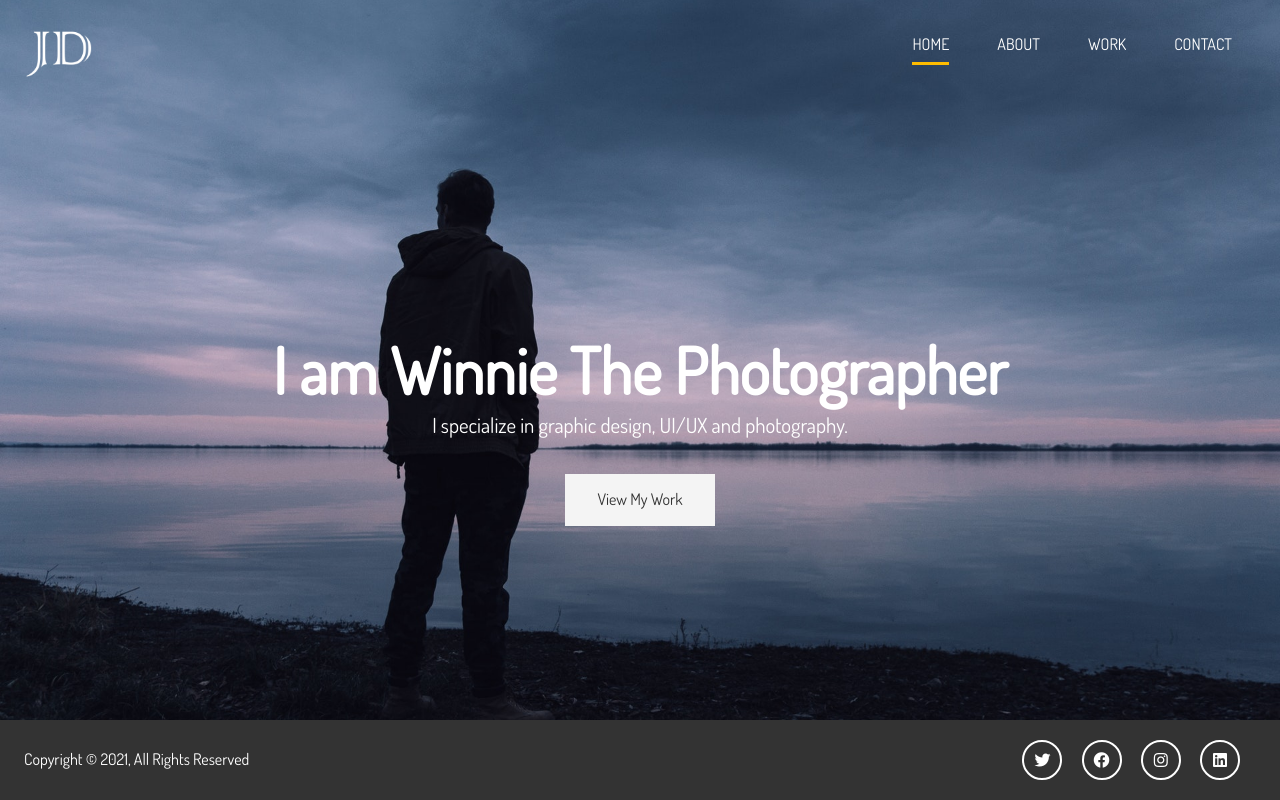
Repository: minhtien9/Portfolio_Website
Page: diet/about.html
The author's editor kept a copy of each file at every save. The page is drawn from the files as they stood at one save, then again after the next save.
The browser window is 1280 px wide. The pictures show the whole page.

Above is the page before, as saved 2021-08-29 10:26:52.

### diet/about.html
<!DOCTYPE html>
<html lang="en">
  <head>
    <meta charset="UTF-8" />
    <meta http-equiv="X-UA-Compatible" content="IE=edge" />
    <meta name="viewport" content="width=device-width, initial-scale=1.0" />
    <link
      rel="stylesheet"
      href="https://cdnjs.cloudflare.com/ajax/libs/font-awesome/5.15.4/css/all.min.css"
      integrity="sha512-1ycn6IcaQQ40/MKBW2W4Rhis/DbILU74C1vSrLJxCq57o941Ym01SwNsOMqvEBFlcgUa6xLiPY/NS5R+E6ztJQ=="
      crossorigin="anonymous"
      referrerpolicy="no-referrer"
    />
    <link
      href="https://fonts.googleapis.com/css2?family=Dosis&display=swap"
      rel="stylesheet"
    />
    <link rel="stylesheet" href="css/style.css" />
    <title>About Me || UI/UX Designer & Photographer</title>
  </head>
  <body>
    <!-- Header -->
    <header id="header-home">
      <div class="container">
        <nav id="main-nav">
          <img src="img/logo.png" alt="My Portfolio" id="logo" />
          <ul>
            <li><a href="index.html" class="current">Home</a></li>
            <li><a href="about.html">About</a></li>
            <li><a href="work.html">Work</a></li>
            <li><a href="contact.html">Contact</a></li>
          </ul>
        </nav>
        <div class="header-content">
          <h1>
            I am Winnie The Photographer
            <span
              class="txt-type"
              data-wait="3000"
              data-works='["Photographer","Designer","IU/IX Dev"]'
            ></span>
          </h1>
          <p class="lead">
            I specialize in graphic design, UI/UX and photography.
          </p>
          <a href="work.html" class="btn-light">View My Work</a>
        </div>
      </div>
    </header>

    <!-- Footer -->
    <footer id="main-footer">
      <div class="footer-content container">
        <p>Copyright &copy; 2021, All Rights Reserved</p>
        <div class="social">
          <i class="fab fa-twitter"></i>
          <i class="fab fa-facebook"></i>
          <i class="fab fa-instagram"></i>
          <i class="fab fa-linkedin"></i>
        </div>
      </div>
    </footer>

    <!-- <script src="js/typewriter.js"></script> -->
  </body>
</html>

### diet/css/style.css
.container {
  max-width: 1280px;
  padding: 0 1.5rem;
  margin: auto;
  overflow: hidden;
}

.btn-dark, .btn-light, .btn-main {
  display: inline-block;
  padding: 0.8rem 2rem;
  transition: all 0.5s;
  border: none;
  cursor: pointer;
}

.btn-main {
  color: #333;
  background-color: #ffbc00;
}
.btn-light {
  color: #333;
  background-color: #f4f4f4;
}
.btn-dark {
  color: #f4f4f4;
  background-color: #333;
}

button[class^=btn-]:hover,
a[class^=btn-]:hover,
input[class^=btn-]:hover {
  background-color: #ffbc00;
}

.bg-main {
  background: #ffbc00;
  color: #fff;
}
.bg-dark {
  background: #333;
  color: #fff;
}
.bg-light {
  background: #f4f4f4;
  color: #000;
}
.bg-medium {
  background: #ccc;
  color: #000;
}

.lead {
  font-size: 1.3rem;
  margin-bottom: 2rem;
}

.text-center {
  text-align: center;
}

.py-1 {
  padding: 1rem 0;
}
.py-2 {
  padding: 2rem 0;
}
.py-3 {
  padding: 3rem 0;
}
.py-4 {
  padding: 4rem 0;
}

.ny-1 {
  margin: 1rem 0;
}
.ny-2 {
  margin: 2rem 0;
}
.ny-3 {
  margin: 3rem 0;
}
.ny-4 {
  margin: 4rem 0;
}

.section-title {
  font-size: 2rem;
  display: block;
  padding-bottom: 0.5rem;
  text-align: center;
  font-weight: 100;
  text-transform: uppercase;
}

.bottom-line {
  height: 2px;
  width: 3rem;
  background: #ffbc00;
  display: block;
  margin: 0 auto 1rem auto;
}

.items {
  display: grid;
  grid-template-columns: repeat(3, 1fr);
  box-shadow: 0 5px 10px 0 rgba(0, 0, 0, 0.3);
}

.item {
  position: relative;
  background: #ffbc00;
  overflow: hidden;
}
.item:after {
  content: "";
  position: absolute;
  display: block;
  background: inherit;
  opacity: 0.9;
  top: 0;
  left: 0;
  width: 100%;
  height: 100%;
  transform: scale(2) translateX(-75%) translateY(-75%) rotate(-28deg);
  transition: transform 3s cubic-bezier(0.2, 1, 0.3, 1);
}
.item:hover:after {
  transform: scale(2) translateX(0) translateY(0) rotate(-28deg);
}
.item:hover .item-image {
  transform: scale(1.2);
}
.item:hover .item-text {
  opacity: 1;
  transform: translateY(0);
}
.item-image {
  height: auto;
  transform: translateZ(0);
  display: block;
  transition: transform 750ms cubic-bezier(0.2, 1, 0.3, 1);
}
.item-image:before {
  content: "";
  display: block;
  padding-top: 75%;
  overflow: hidden;
}
.item-image img {
  position: absolute;
  top: 0;
  left: 0;
  width: 100%;
  height: auto;
  line-height: 0;
}
.item-text {
  position: absolute;
  top: 0;
  left: 0;
  bottom: 0;
  right: 0;
  opacity: 0;
  text-align: center;
  z-index: 1;
  color: #fff;
  transform: translateY(-20%);
  transition: opacity 500ms cubic-bezier(0.2, 1, 0.3, 1), transform 500ms cubic-bezier(0.2, 1, 0.3, 1);
  transition-delay: 300ms;
}
.item-text-wrap {
  position: absolute;
  width: 100%;
  top: 50%;
  transform: translateY(-50%);
}
.item-text-title {
  font-size: 2rem;
  padding: 0 1rem;
  margin: 5px 0 0 0;
}
.item-text-category {
  text-transform: uppercase;
  font-size: 1.2rem;
  opacity: 0.7;
  margin: 0;
}

* {
  margin: 0;
  padding: 0;
}

body {
  font-family: "Dosis", sans-serif;
  line-height: 1.6;
  background: #fff;
}

a {
  text-decoration: none;
  color: #333;
}

ul {
  list-style: none;
}

h2,
h3,
h4 {
  text-transform: uppercase;
}

img {
  width: 100%;
}

#logo {
  width: 70px;
  height: 70px;
  color: #fff;
  text-transform: uppercase;
}

#main-nav {
  display: flex;
  justify-content: space-between;
  padding-top: 1rem;
}
#main-nav ul {
  display: flex;
}
#main-nav li {
  padding: 1rem 1.5rem;
}
#main-nav a {
  text-decoration: none;
  color: #fff;
  text-transform: uppercase;
  border-bottom: 3px transparent solid;
  padding-bottom: 0.5rem;
  transition: border-color 0.5s;
}
#main-nav a:hover {
  border-color: #ccc;
}
#main-nav a.current {
  border-color: #ffbc00;
}

#header-home {
  background: url("../img/showcase.jpg") no-repeat center right/cover;
  height: 100vh;
  color: #fff;
}
#header-home .header-content {
  text-align: center;
  padding-top: 20%;
}
#header-home .header-content h1 {
  font-size: 4rem;
  line-height: 1.2;
}
#header-inner {
  background: url("../img/showcase.jpg") no-repeat 20% 30%/cover;
  height: 5.5rem;
  border-bottom: 3px solid #ffbc00;
}

#home-a .specials {
  margin-top: 3rem;
  display: grid;
  grid-gap: 1rem;
  grid-template-columns: repeat(4, 1fr);
}
#home-a .specials .fas {
  color: #ffbc00;
  padding-bottom: 0.4rem;
}
#home-b .stats {
  display: grid;
  grid-template-columns: repeat(4, 1fr);
}
#home-b .stats li {
  line-height: 2;
}
#home-b .stats li.stats-title {
  font-size: 1.5rem;
}
#home-b .stats li.stats-number {
  font-size: 2rem;
  font-weight: bold;
}
#home-b .stats div {
  padding: 3rem 0;
}
#home-b .stats div:nth-child(odd) {
  background: #f4f4f4;
}
#home-b .stats div:nth-child(even) {
  background: #ccc;
}
#home-c .process {
  display: grid;
  grid-template-columns: repeat(4, 1fr);
  grid-gap: 1.5rem;
  text-align: center;
}
#home-c .process-step {
  position: absolute;
  top: 0;
  right: 0;
  font-size: 28px;
  background: #ffbc00;
  color: #fff;
  border-radius: 50%;
  height: 15px;
  width: 15px;
  line-height: 15px;
  padding: 1rem;
  transition: all 1s;
}
#home-c .process-icon {
  border-radius: 50%;
  background: #333;
  color: #fff;
  padding: 2rem;
  width: 70px;
  height: 70px;
  line-height: 70px;
  text-align: center;
  position: relative;
  transition: all 1s;
}
#home-c .process-icon:hover {
  background: #ffbc00;
  width: 90px;
  height: 90px;
  line-height: 90px;
}
#home-c .process-icon:hover .process-step {
  background: #333;
  color: #fff;
}

#about-a .about-info {
  display: grid;
  grid-template-areas: "bioimage bio bio" "aw1 aw2 aw3";
  grid-gap: 1.2rem;
}
#about-a .bio-image {
  grid-area: bioimage;
}
#about-a .bio {
  grid-area: bio;
  border-left: 3px solid #ffbc00;
  padding: 0.8rem;
}
#about-a .award-1 {
  grid-area: aw1;
}
#about-a .award-2 {
  grid-area: aw2;
}
#about-a .award-3 {
  grid-area: aw3;
}
#about-a .award-1 .fas,
#about-a .award-2 .fas,
#about-a .award-3 .fas {
  color: #ffbc00;
  margin: 1rem;
}
#about-b .progress {
  overflow: hidden;
  height: 20px;
  background: #ccc;
  border-radius: 5px;
  margin-bottom: 0.6rem;
}
#about-b .progress div {
  height: 100%;
  color: #fff;
  text-align: center;
  background: #ffbc00;
}
#about-c .about-logos {
  display: grid;
  grid-template-columns: repeat(4, 1fr);
  grid-gap: 2rem;
}
#about-c .about-logos img {
  width: 70%;
}
#about-d .testimonials {
  display: grid;
  grid-template-columns: repeat(4, 1fr);
  grid-gap: 0.5rem;
}
#about-d .testimonials ul {
  list-style: none;
  margin-top: 1rem;
  display: flex;
  align-items: center;
}
#about-d .testimonials p {
  border: 1px solid #ccc;
  border-radius: 5px;
  padding: 0.5rem;
}
#about-d .testimonials img {
  width: 50px;
  height: 50px;
  border-radius: 50%;
  margin-right: 0.5rem;
}

#contact-a .text-fields {
  display: grid;
  grid-template-areas: "name email" "subject phone" "message message";
  grid-gap: 1.2rem;
  margin-bottom: 1.2rem;
}
#contact-a .text-fields .name-input {
  grid-area: name;
}
#contact-a .text-fields .subject-input {
  grid-area: subject;
}
#contact-a .text-fields .email-input {
  grid-area: email;
}
#contact-a .text-fields .phone-input {
  grid-area: phone;
}
#contact-a .text-fields .message-input {
  grid-area: message;
  height: 100px;
}
#contact-a .text-fields .text-input {
  padding: 0.5rem 1rem;
}
#contact-a button[type=submit] {
  width: 50%;
}
#contact-b .contact-info {
  display: grid;
  grid-template-columns: repeat(3, 1fr);
  text-align: center;
}
#contact-c h1 {
  text-align: center;
  font-size: 4rem;
}

#main-footer {
  background: #333;
  color: #fff;
  height: 5rem;
}
#main-footer .footer-content {
  display: flex;
  justify-content: space-between;
  height: 5rem;
  align-items: center;
}
#main-footer .footer-content .social .fab {
  margin-right: 1rem;
  border: 2px solid #fff;
  border-radius: 50%;
  height: 20px;
  width: 20px;
  line-height: 20px;
  text-align: center;
  padding: 0.5rem;
}
#main-footer .footer-content .social .fab:hover {
  background: #ffbc00;
  cursor: pointer;
}

@media (max-width: 800px) {
  #header-home {
    height: 30rem;
  }
  #header-home .header-content {
    padding-top: 5rem;
  }
}
@media (max-width: 500px) {
  #main-nav {
    flex-direction: column;
    align-items: center;
  }
  #main-nav li {
    padding: 1rem;
  }

  #header-home {
    height: 10rem;
    border-bottom: 3px solid #ffbc00;
    background-position: 20% 30%;
  }
  #header-home .header-content {
    display: none;
  }
  #header-inner {
    height: 10rem;
  }

  #home-a .specials,
#home-b .stats,
#home-c .process,
#about-d .testimonials,
#contact-b .contact-info,
.items {
    grid-template-columns: 1fr;
  }

  #home-a .specials div {
    border-bottom: 1px #f4f4f4 solid;
    padding-bottom: 1rem;
  }
  #home-a .specials div:last-child {
    border: none;
    padding-bottom: 0;
  }
  #home-b .stats div {
    padding: 2rem 0 1rem 0;
  }

  #about-a .about-info {
    grid-template-areas: "bioimage" "bio" "aw1" "aw2" "aw3";
  }
  #about-c {
    display: none;
  }

  #contact-a .text-fields {
    grid-template-areas: "name" "subject" "email" "phone" "message";
  }
  #contact-b div {
    margin-bottom: 1rem;
    padding-bottom: 1rem;
    border-bottom: 1px solid #555;
  }
  #contact-b div:last-child {
    border: none;
    margin-bottom: 0;
    padding-bottom: 0;
  }
  #contact-c h1 {
    font-size: 2rem;
  }

  #main-footer {
    height: 7rem;
  }
  #main-footer .footer-content {
    flex-direction: column;
    padding: 1rem;
    height: 5rem;
  }
}
@media (max-height: 580px) {
  #header-home .header-content {
    padding-top: 3rem;
  }
}
@media (max-height: 330px) {
  #header-home .header-content h1 {
    font-size: 2rem;
  }
}

/*# sourceMappingURL=style.css.map */

After the next save:
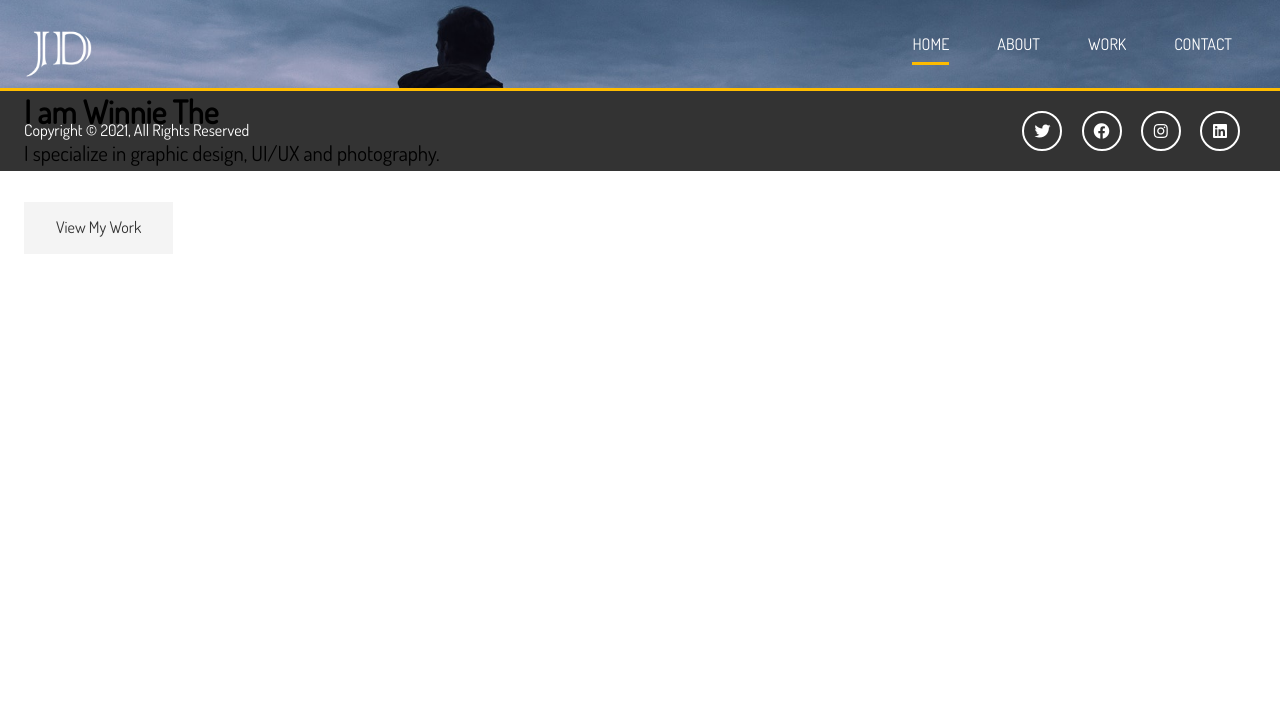
Saved 8 min 38 s later.
--- a/diet/about.html
+++ b/diet/about.html
@@ -20,7 +20,7 @@
   </head>
   <body>
     <!-- Header -->
-    <header id="header-home">
+    <header id="header-inner">
       <div class="container">
         <nav id="main-nav">
           <img src="img/logo.png" alt="My Portfolio" id="logo" />
@@ -33,7 +33,7 @@
         </nav>
         <div class="header-content">
           <h1>
-            I am Winnie The Photographer
+            I am Winnie The
             <span
               class="txt-type"
               data-wait="3000"
